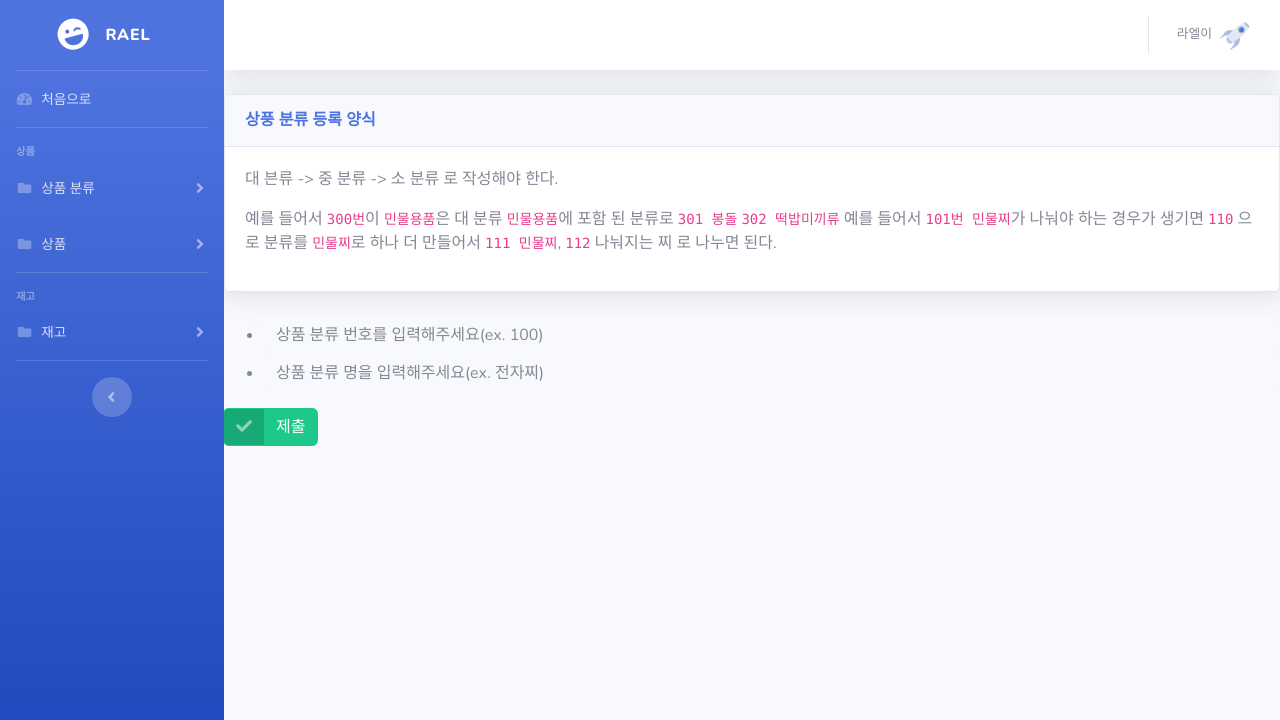
Repository: sww232/springRaelProject
Page: http://localhost/rael/WEB-INF/views/product/category_insert.jsp
These files come from the project's save history. The page is drawn as it stood at one moment and after the next save; the edit follows.
The browser window is 1280 px wide. The pictures show the whole page.
The page is served by Tomcat 9. Nobody is signed in. The template is opened directly, without the code that normally fills it, so the values that code supplies are empty.

Above is the page before, as saved 2022-10-06 19:12:42.

After the next save:
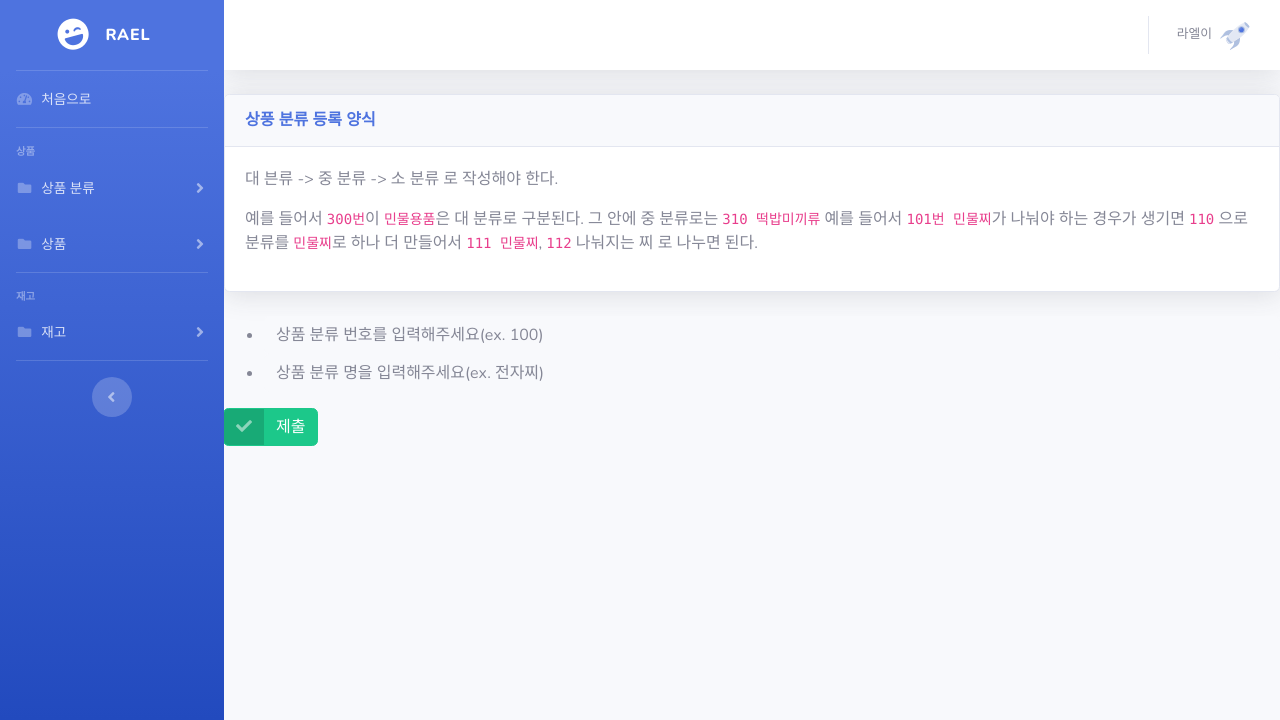
Saved 37 s later.
--- a/raelproject3/rael/src/main/webapp/WEB-INF/views/product/category_insert.jsp
+++ b/raelproject3/rael/src/main/webapp/WEB-INF/views/product/category_insert.jsp
@@ -323,8 +323,9 @@
 						대 븐류 -> 중 분류 -> 소 분류 로 작성해야 한다.
 					</p>
 					<p>
-						예를 들어서 <code>300번</code>이 <code>민물용품</code>은 대 분류 <code>민물용품</code>에 포함 된 분류로 <code>301 봉돌</code>
-						<code>302 떡밥미끼류</code>
+						예를 들어서 <code>300번</code>이 <code>민물용품</code>은 대 분류로 구분된다.
+						그 안에 중 분류로는
+						<code>310 떡밥미끼류</code>
 						예를 들어서 <code>101번 민물찌</code>가 나눠야 하는 경우가 생기면
 						<code>110</code> 으로 분류를 <code>민물찌</code>로 하나 더 만들어서
 						<code>111 민물찌</code>, <code>112</code> 나눠지는 찌 로 나누면 된다.
